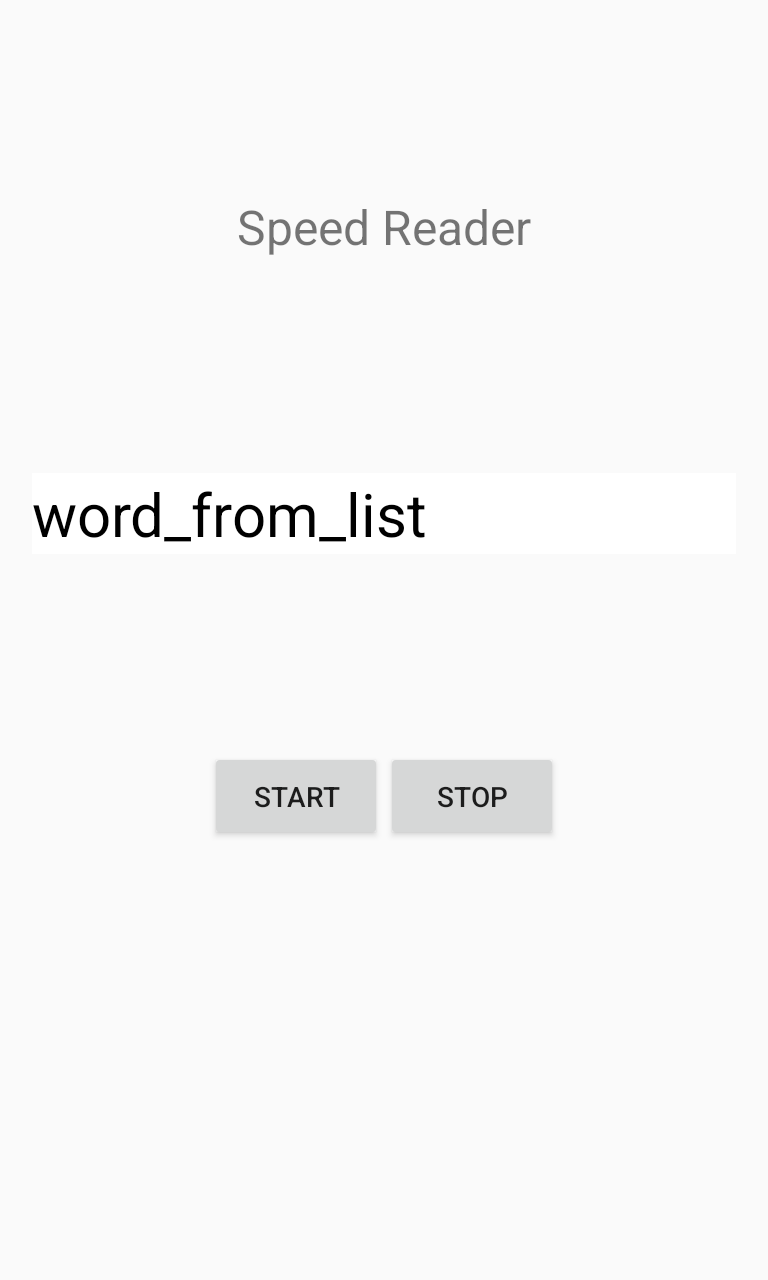
Repository: hdemby/workspace
Layout: SpeedReader/res/layout/activity_main.xml
An editor plug-in stored every save of this project. The layout is shown before and after the next save, followed by the edit.
It is drawn on a 768 x 1280 px phone screen (xhdpi) without system bars, with theme AppTheme; the app's code is not run. The app's manifest (not shown) leaves right-to-left support off. So textAlignment, textDirection and layoutDirection are ignored, and left and right values win over start and end ones.

Above is the layout before, as saved 2014-12-03 19:13:58.

### SpeedReader/res/layout/activity_main.xml
<RelativeLayout xmlns:android="http://schemas.android.com/apk/res/android"
    xmlns:tools="http://schemas.android.com/tools"
    android:layout_width="wrap_content"
    android:layout_height="wrap_content"
    android:paddingBottom="@dimen/activity_vertical_margin"
    android:paddingLeft="@dimen/activity_horizontal_margin"
    android:paddingRight="@dimen/activity_horizontal_margin"
    android:paddingTop="@dimen/activity_vertical_margin"
    tools:context="coursera.speedreader.MainActivity" >

    <LinearLayout
        android:id="@+id/linearLayout3"
        android:layout_width="wrap_content"
        android:layout_height="wrap_content"
        android:layout_below="@+id/TextView01"
        android:layout_centerHorizontal="true"
        android:layout_marginTop="97dp" >

        <Button
            android:id="@+id/button1"
            android:layout_width="wrap_content"
            android:layout_height="wrap_content"
            android:layout_marginBottom="34dp"
            android:onClick="onStart"
            android:text="@string/start_btn" />

        <Button
            android:id="@+id/button2"
            android:layout_width="wrap_content"
            android:layout_height="wrap_content"
            android:text="@string/stop_btn" />
    </LinearLayout>

    <TextView
        android:id="@+id/TextView01"
        android:layout_width="wrap_content"
        android:layout_height="wrap_content"
        android:layout_alignParentRight="true"
        android:layout_alignParentStart="true"
        android:layout_below="@+id/textView1"
        android:layout_marginTop="107dp"
        android:layout_toStartOf="@dimen/activity_horizontal_margin"
        android:background="#ffffffff"
        android:text="@string/window_word"
        android:textColor="#ff000000"
        android:textSize="30sp" />

    <TextView
        android:id="@+id/textView1"
        android:layout_width="wrap_content"
        android:layout_height="wrap_content"
        android:layout_alignParentTop="true"
        android:layout_centerHorizontal="true"
        android:layout_marginTop="81dp"
        android:text="@string/app_name"
        android:textSize="24sp" />

</RelativeLayout>

### SpeedReader/res/values/strings.xml
<?xml version="1.0" encoding="utf-8"?>
<resources>

    <string name="app_name">Speed Reader</string>
    <string name="hello_world">Hello world!</string>
    <string name="action_settings">Settings</string>
    <string name="window_word">word_from_list</string>
    <string name="content_text">This will be the text that is displayed word by word in the reading window.
        It will eventually be provided by reading a text file stored on the device.
        The words will be presented one at a time at a set rate of speed with an extra pause at the end
        of a sentence. I will later add controls to review wind the text to the last sentence.
        I will also be adding controls to save the text at the current point so the reader can
        resume at a later time. The ultimate version will provide feedback on reading rate,
        percentage completed and time spent reading. </string>
    <string name="start_btn">Start</string>
    <string name="stop_btn">Stop</string>
    <string name="hide_btn">Hide</string>

</resources>

Loaded but not shown: SpeedReader/res/values/styles.xml (common file); SpeedReader/res/values-v11/styles.xml (common file); SpeedReader/res/values-v14/styles.xml (common file); SpeedReader/res/values/dimens.xml (common file); SpeedReader/res/values-w820dp/dimens.xml (common file)

After the next save:
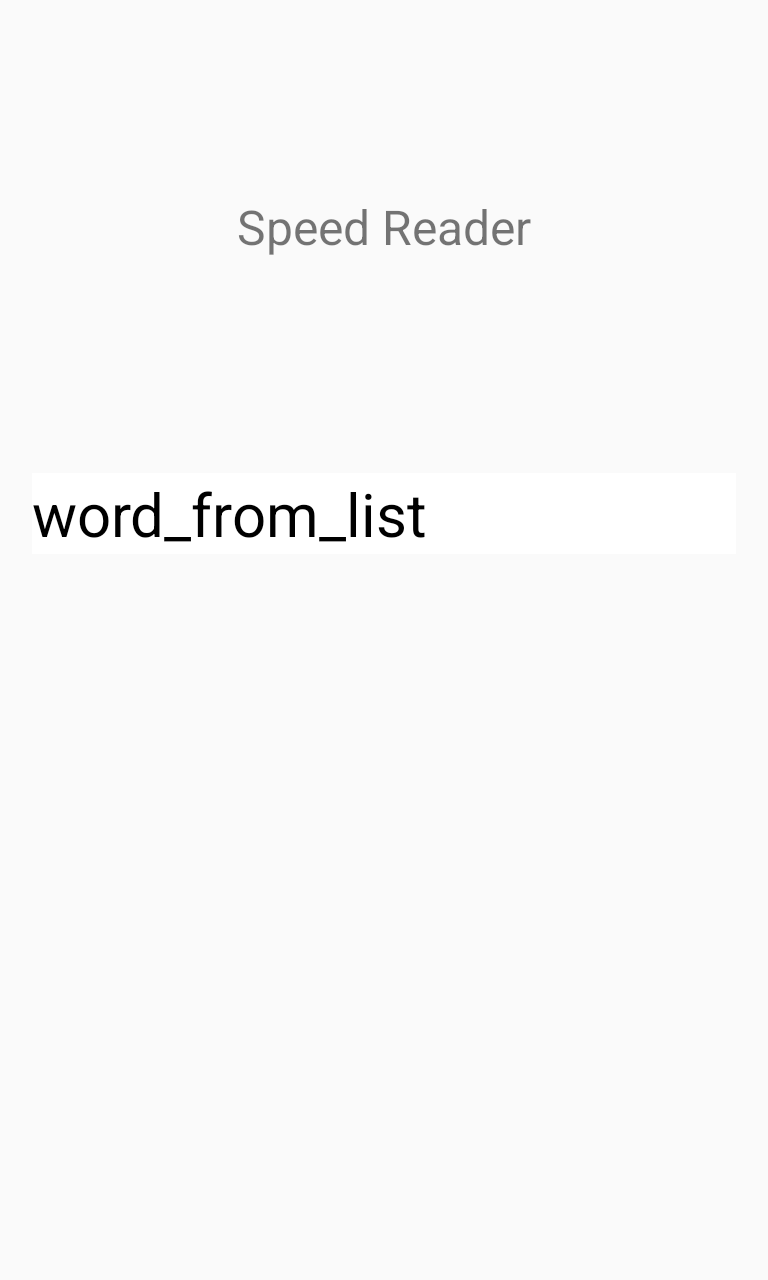
Saved 66 s later.
--- a/SpeedReader/res/layout/activity_main.xml
+++ b/SpeedReader/res/layout/activity_main.xml
@@ -7,29 +7,6 @@
     android:paddingRight="@dimen/activity_horizontal_margin"
     android:paddingTop="@dimen/activity_vertical_margin"
     tools:context="coursera.speedreader.MainActivity" >
-
-    <LinearLayout
-        android:id="@+id/linearLayout3"
-        android:layout_width="wrap_content"
-        android:layout_height="wrap_content"
-        android:layout_below="@+id/TextView01"
-        android:layout_centerHorizontal="true"
-        android:layout_marginTop="97dp" >
-
-        <Button
-            android:id="@+id/button1"
-            android:layout_width="wrap_content"
-            android:layout_height="wrap_content"
-            android:layout_marginBottom="34dp"
-            android:onClick="onStart"
-            android:text="@string/start_btn" />
-
-        <Button
-            android:id="@+id/button2"
-            android:layout_width="wrap_content"
-            android:layout_height="wrap_content"
-            android:text="@string/stop_btn" />
-    </LinearLayout>
 
     <TextView
         android:id="@+id/TextView01"
